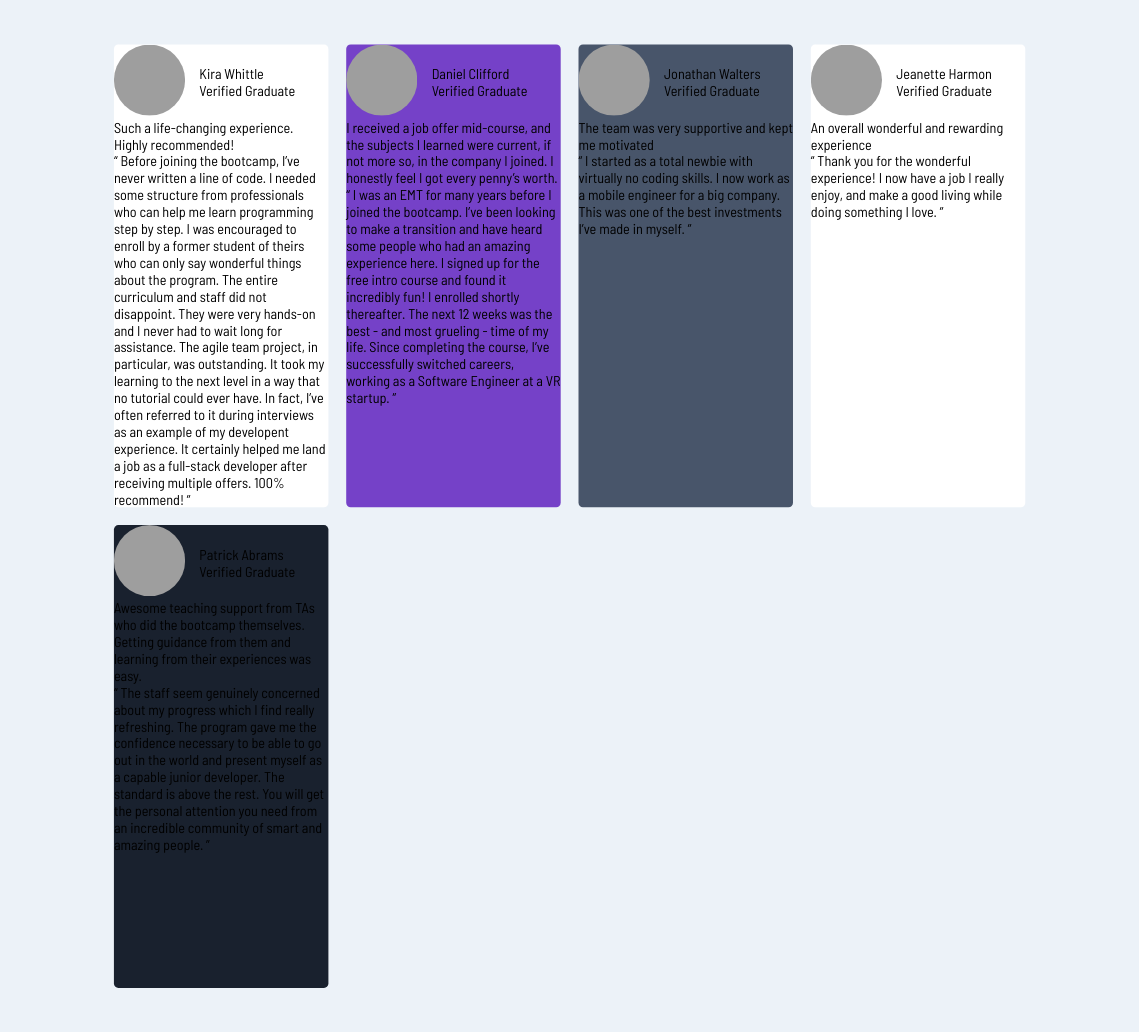
Repository: nptg3105/lab02-testimonials-grid
Page: index.html
The author's editor kept a copy of each file at every save. The page is drawn from the files as they stood at one save, then again after the next save.
The browser window is 1280 px wide. The pictures show the whole page, at 89% of full size.
Pictures or frames that could not be fetched are drawn as grey boxes. The style sheet was rebuilt from its Sass, Less or Tailwind sources for each picture, by a compiler version that may differ from the author's.

Above is the page before, as saved 2021-12-08 05:40:06.

### index.html
<!DOCTYPE html>
<html lang="en">
  <head>
    <meta charset="UTF-8" />
    <meta http-equiv="X-UA-Compatible" content="IE=edge" />
    <meta name="viewport" content="width=device-width, initial-scale=1.0" />
    <title>Lab02 - Testimonials</title>
    <link rel="stylesheet" href="style.css" />
    <link
      href="https://fonts.googleapis.com/css2?family=Barlow+Semi+Condensed:wght@400;500;700&display=swap"
      rel="stylesheet"
    />
  </head>
  <body>
    <div class="container">
      <div class="testimonials">
        <div class="testimonials__item testimonials__item--violet">
          <div class="author">
            <div class="author__avatar">
              <img
                src="https://images.unsplash.com/photo-1570295999919-56ceb5ecca61?ixlib=rb-1.2.1&ixid=MnwxMjA3fDB8MHxzZWFyY2h8OHx8bWFufGVufDB8fDB8fA%3D%3D&auto=format&fit=crop&w=500&q=60"
                alt=""
              />
            </div>
            <div class="author__name">
              Daniel Clifford <br />
              Verified Graduate
            </div>
          </div>
          <div class="testimonials__heading">
            I received a job offer mid-course, and the subjects I learned were
            current, if not more so, in the company I joined. I honestly feel I
            got every penny’s worth.
          </div>
          <div class="testimonials__desc">
            “ I was an EMT for many years before I joined the bootcamp. I’ve
            been looking to make a transition and have heard some people who had
            an amazing experience here. I signed up for the free intro course
            and found it incredibly fun! I enrolled shortly thereafter. The next
            12 weeks was the best - and most grueling - time of my life. Since
            completing the course, I’ve successfully switched careers, working
            as a Software Engineer at a VR startup. ”
          </div>
        </div>
        <div class="testimonials__item testimonials__item--grey">
          <div class="author">
            <div class="author__avatar">
              <img
                src="https://images.unsplash.com/photo-1570295999919-56ceb5ecca61?ixlib=rb-1.2.1&ixid=MnwxMjA3fDB8MHxzZWFyY2h8OHx8bWFufGVufDB8fDB8fA%3D%3D&auto=format&fit=crop&w=500&q=60"
                alt=""
              />
            </div>
            <div class="author__name">
              Jonathan Walters <br />
              Verified Graduate
            </div>
          </div>
          <div class="testimonials__heading">
            The team was very supportive and kept me motivated
          </div>
          <div class="testimonials__desc">
            “ I started as a total newbie with virtually no coding skills. I now
            work as a mobile engineer for a big company. This was one of the
            best investments I’ve made in myself. ”
          </div>
        </div>
        <div class="testimonials__item testimonials__item--white">
          <div class="author">
            <div class="author__avatar">
              <img
                src="https://images.unsplash.com/photo-1570295999919-56ceb5ecca61?ixlib=rb-1.2.1&ixid=MnwxMjA3fDB8MHxzZWFyY2h8OHx8bWFufGVufDB8fDB8fA%3D%3D&auto=format&fit=crop&w=500&q=60"
                alt=""
              />
            </div>
            <div class="author__name">
              Kira Whittle <br />
              Verified Graduate
            </div>
          </div>
          <div class="testimonials__heading">
            Such a life-changing experience. Highly recommended!
          </div>
          <div class="testimonials__desc">
            “ Before joining the bootcamp, I’ve never written a line of code. I
            needed some structure from professionals who can help me learn
            programming step by step. I was encouraged to enroll by a former
            student of theirs who can only say wonderful things about the
            program. The entire curriculum and staff did not disappoint. They
            were very hands-on and I never had to wait long for assistance. The
            agile team project, in particular, was outstanding. It took my
            learning to the next level in a way that no tutorial could ever
            have. In fact, I’ve often referred to it during interviews as an
            example of my developent experience. It certainly helped me land a
            job as a full-stack developer after receiving multiple offers. 100%
            recommend! ”
          </div>
        </div>
        <div class="testimonials__item testimonials__item--white">
          <div class="author">
            <div class="author__avatar">
              <img
                src="https://images.unsplash.com/photo-1570295999919-56ceb5ecca61?ixlib=rb-1.2.1&ixid=MnwxMjA3fDB8MHxzZWFyY2h8OHx8bWFufGVufDB8fDB8fA%3D%3D&auto=format&fit=crop&w=500&q=60"
                alt=""
              />
            </div>
            <div class="author__name">
              Jeanette Harmon <br />
              Verified Graduate
            </div>
          </div>
          <div class="testimonials__heading">
            An overall wonderful and rewarding experience
          </div>
          <div class="testimonials__desc">
            “ Thank you for the wonderful experience! I now have a job I really
            enjoy, and make a good living while doing something I love. ”
          </div>
        </div>
        <div class="testimonials__item testimonials__item--black">
          <div class="author">
            <div class="author__avatar">
              <img
                src="https://images.unsplash.com/photo-1570295999919-56ceb5ecca61?ixlib=rb-1.2.1&ixid=MnwxMjA3fDB8MHxzZWFyY2h8OHx8bWFufGVufDB8fDB8fA%3D%3D&auto=format&fit=crop&w=500&q=60"
                alt=""
              />
            </div>
            <div class="author__name">
              Patrick Abrams <br />
              Verified Graduate
            </div>
          </div>
          <div class="testimonials__heading">
            Awesome teaching support from TAs who did the bootcamp themselves.
            Getting guidance from them and learning from their experiences was
            easy.
          </div>
          <div class="testimonials__desc">
            “ The staff seem genuinely concerned about my progress which I find
            really refreshing. The program gave me the confidence necessary to
            be able to go out in the world and present myself as a capable
            junior developer. The standard is above the rest. You will get the
            personal attention you need from an incredible community of smart
            and amazing people. ”
          </div>
        </div>
      </div>
    </div>
  </body>
</html>

### style.scss
$font-main:'Barlow Semi Condensed',
sans-serif;
$violet-color:#7541c8;
$grey-color: #48556a;
$light-grey-color: #cfcfcf;
$white-color: #fff;
$bg-color: #ecf2f8;
$black-color: #19212e;

* {
    box-sizing: border-box;
    margin: 0;
    padding: 0;
}

body {
    background-color: $bg-color;
}

.container {
    max-width: 1024px;
    margin: 50px auto;

}

.testimonials {
    font-family: $font-main;
    display: grid;
    gap: 20px;
    grid-template-columns: repeat(4, 1fr);
    grid-template-rows: repeat(2, 1fr);
    grid-template-areas: "violet violet grey white-tall"
        "white black black white-tall";

    &__item {
        border-radius: 5px;

        &--violet {
            background-color: $violet-color;
            grid-column: 1/3;
            grid-area: 1/2;
        }

        &--grey {
            background-color: $grey-color;
            grid-area: 1/3/2/4;
        }

        &--white {
            background-color: $white-color;
        }

        &--black {
            background-color: $black-color;
        }
    }
}

.author {
    display: flex;
    align-items: center;

    &__avatar {
        margin-right: 16px;

        img {
            object-fit: cover;
            width: 80px;
            height: 80px;
            border-radius: 50%;

        }
    }

}

After the next save:
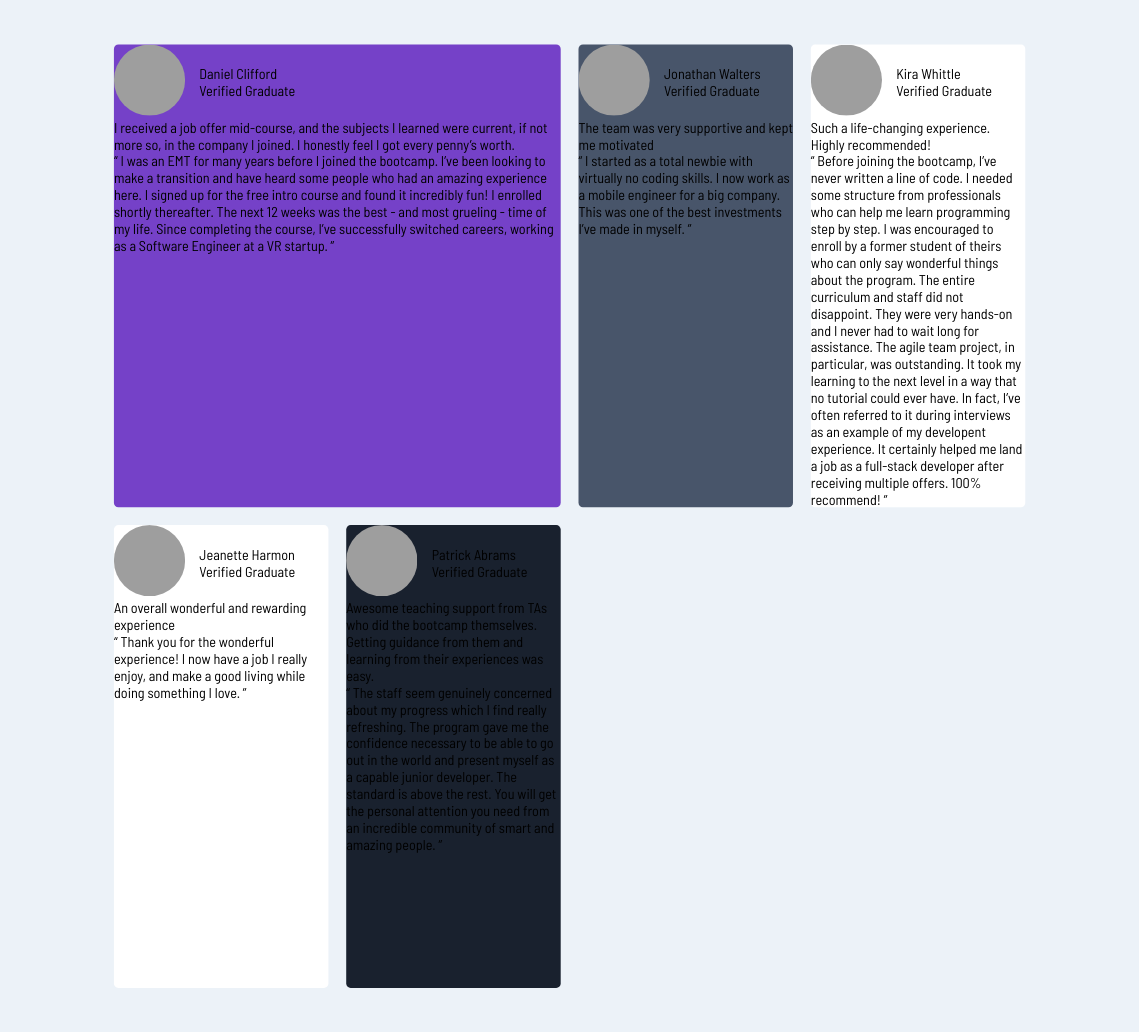
Saved 27 s later.
--- a/style.scss
+++ b/style.scss
@@ -37,13 +37,12 @@ body {
 
         &--violet {
             background-color: $violet-color;
-            grid-column: 1/3;
-            grid-area: 1/2;
+            grid-area: violet;
         }
 
         &--grey {
             background-color: $grey-color;
-            grid-area: 1/3/2/4;
+            grid-area: grey;
         }
 
         &--white {
